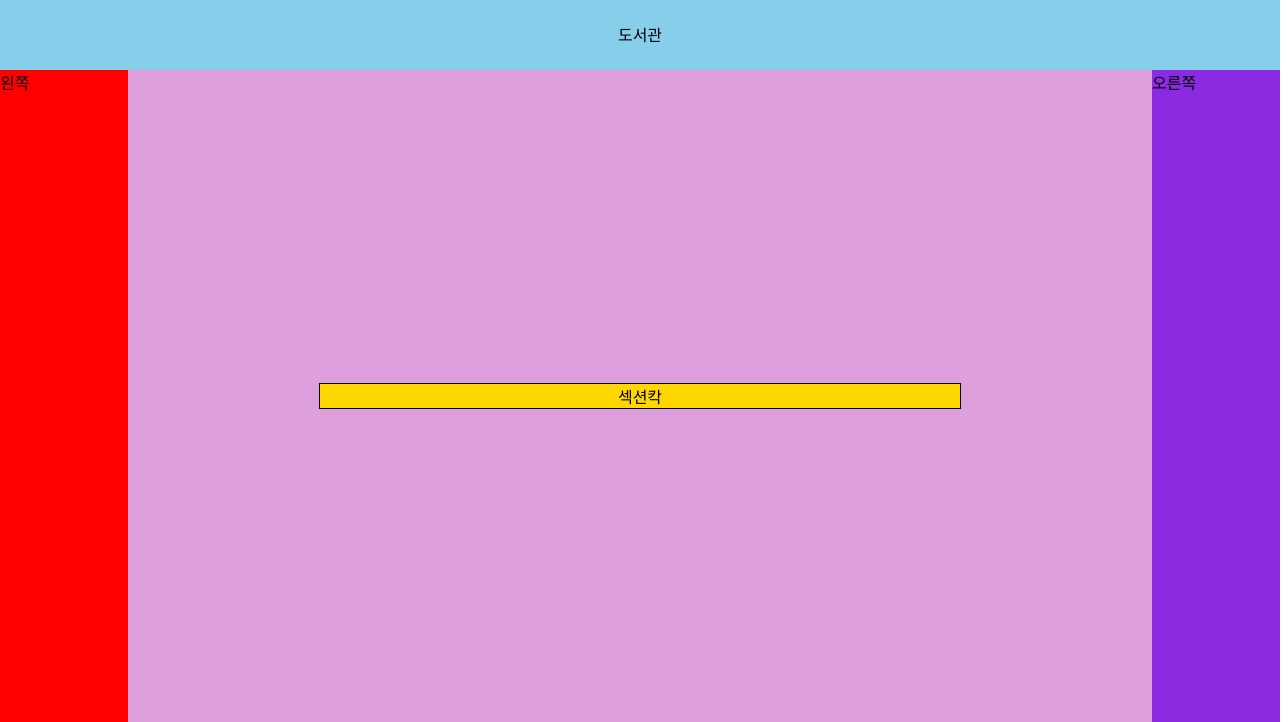
Repository: sojihwan/API_-Multi
Page: / (app in API/)
These files come from the project's save history. The page is drawn as it stood at one moment and after the next save; the edit follows.
The browser window is 1280 px wide. The page is 1280 px wide, then 1288 px, so the pictures cover 1288 px, including what lies to the right of the window. The pictures show the whole page.
The project was rebuilt for these pictures with package versions that can differ from the ones it lists, and the page was loaded fresh each time. Also part of the build but not shown: API/src/App.css.

Above is the page before, as saved 2022-05-24 15:17:02.

After the next save:
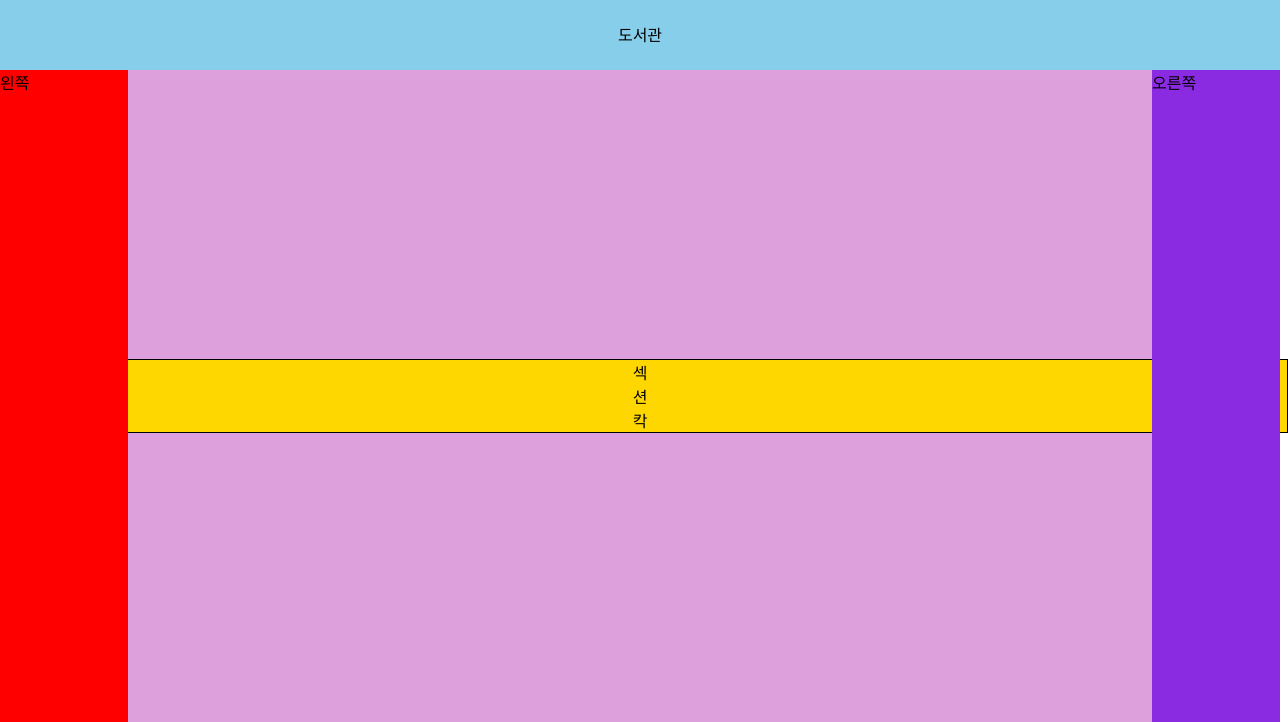
Saved 11 s later.
--- a/API/src/Layout/Section.css
+++ b/API/src/Layout/Section.css
@@ -1,7 +1,7 @@
 .section {
   border: 1px solid black;
   width: 50%;
-  height: 50%;
+  padding: 0px 50%;
   background: gold;
   text-align: center;
 
